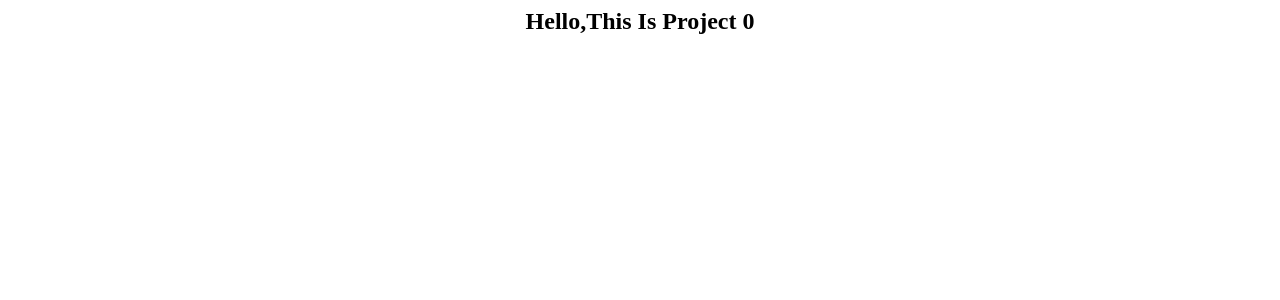
Repository: NikhilKhandait/Spring_MVC
Page: http://localhost/spring-mvc/
The author's editor kept a copy of each file at every save. The page is drawn from the files as they stood at one save, then again after the next save.
The browser window is 1280 px wide. The pictures show the whole page.
The page is served by Tomcat 9. Other server files are loaded and not shown.

Above is the page before, as saved 2024-05-24 11:09:01.

### New folder/Spring-mvc/spring-mvc/src/main/webapp/index.jsp
<html>
<body>
<h2 align="center"><b> Hello,This Is Project 0 </b> </h2>
</body>
</html>

After the next save:
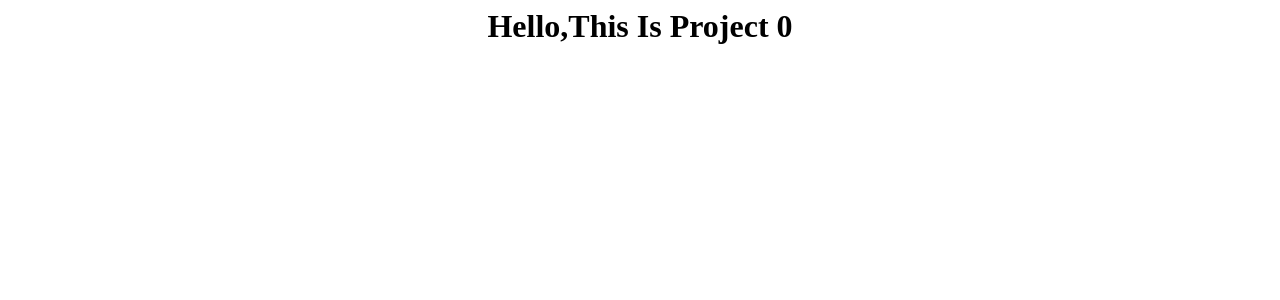
Saved 71 s later.
--- a/New folder/Spring-mvc/spring-mvc/src/main/webapp/index.jsp
+++ b/New folder/Spring-mvc/spring-mvc/src/main/webapp/index.jsp
@@ -1,5 +1,5 @@
 <html>
 <body>
-<h2 align="center"><b> Hello,This Is Project 0 </b> </h2>
+<h1 align="center"><b> Hello,This Is Project 0 </b> </h1>
 </body>
 </html>
